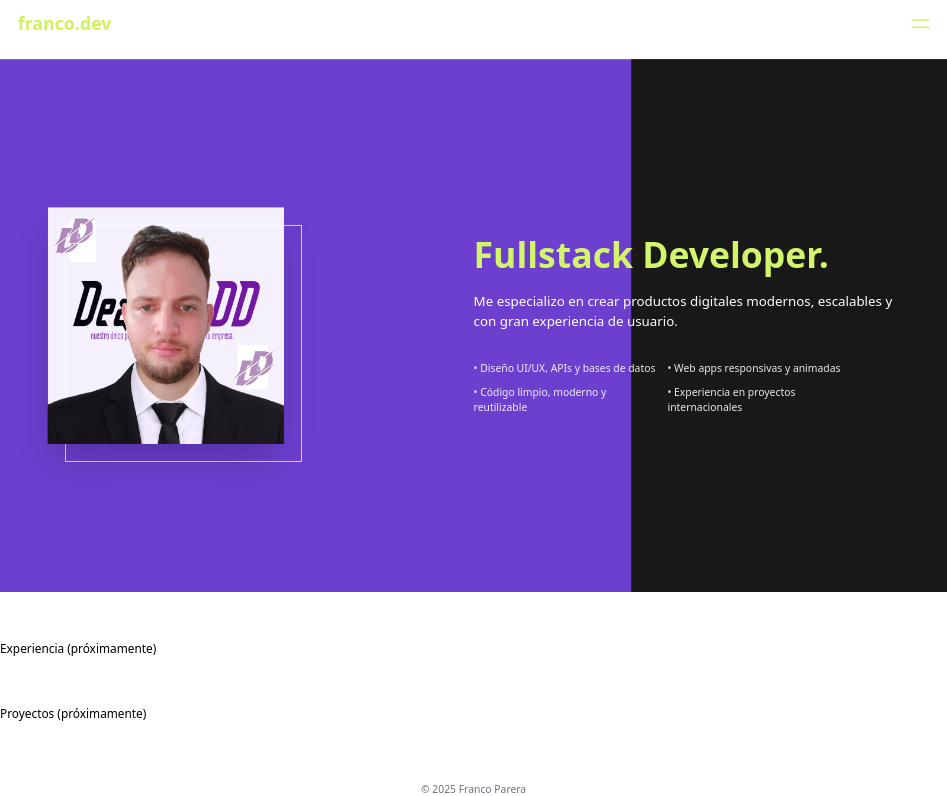
Repository: francoluca35/portfolio-franco-dev
Page: /
These files come from the project's save history. The page is drawn as it stood at one moment and after the next save; the edit follows.
The browser window is 1280 px wide. The pictures show the whole page, at 74% of full size.
The project was rebuilt for these pictures with package versions that can differ from the ones it lists, and the page was loaded fresh each time. The framework's server and built-in components were replaced by stand-ins that run in the browser. Also part of the build but not shown: next.config.js.

Above is the page before, as saved 2025-05-06 01:30:16.

### app/layout.jsx
import Nav from "../components/Nav";
import "../styles/globals.css";

export const metadata = {
  title: "Franco Parera | Desarrollador Web Fullstack",
  description:
    "Portfolio de Franco Parera, desarrollador web especializado en React, Next.js y soluciones escalables.",
  keywords:
    "desarrollador web, portfolio, frontend, backend, next.js, react, diseño web, SEO, Buenos Aires",
  authors: [{ name: "Franco Parera" }],
  creator: "Franco Parera",
  openGraph: {
    title: "Franco Parera | Desarrollador Web",
    description:
      "Conocé mis proyectos como desarrollador web fullstack. Diseño moderno, rendimiento y SEO.",
    url: "https://tusitio.com",
    siteName: "Franco Parera | Portfolio",
    images: [
      {
        url: "https://tusitio.com/og-image.jpg",
        width: 1200,
        height: 630,
        alt: "Imagen portfolio Franco",
      },
    ],
    locale: "es_AR",
    type: "website",
  },
  twitter: {
    card: "summary_large_image",
    title: "Franco Parera | Desarrollador Web",
    description:
      "Portfolio profesional de Franco Parera con proyectos reales, experiencia y habilidades técnicas.",
    images: ["https://tusitio.com/og-image.jpg"],
  },
};

export default function RootLayout({ children }) {
  return (
    <html lang="es">
      <head>
        <meta name="viewport" content="width=device-width, initial-scale=1" />
        <link rel="icon" href="/favicon.ico" />
      </head>
      <body className="-mt-30 antialiased scroll-smooth">
        <Nav />
        <div className="pt-20">{children}</div>{" "}
      </body>
    </html>
  );
}

### app/page.jsx
"use client";

import Hero from "../components/Hero";
import Experience from "../components/Experience";
import Projects from "../components/Projects";
import Footer from "../components/Footer";

export default function Home() {
  return (
    <>
      <main>
        <section id="inicio">
          <Hero />
        </section>

        <section id="experiencia">
          <Experience />
        </section>

        <section id="proyectos">
          <Projects />
        </section>

        <section id="contacto">
          <Footer />
        </section>
      </main>
    </>
  );
}

### components/Nav.jsx
"use client";

import { useState, useEffect } from "react";
import Link from "next/link";
import { motion, AnimatePresence } from "framer-motion";

export default function Nav() {
  const [isOpen, setIsOpen] = useState(false);
  const [scrolled, setScrolled] = useState(false);

  useEffect(() => {
    const handleScroll = () => {
      setScrolled(window.scrollY > 10);
    };
    window.addEventListener("scroll", handleScroll);
    return () => window.removeEventListener("scroll", handleScroll);
  }, []);

  return (
    <>
      {/* Navbar superior */}
      <nav
        className={`fixed w-full px-6 py-4 flex justify-between items-center z-50 transition-colors duration-300 ${
          scrolled ? "bg-[#2B00AA]/90 shadow-lg" : "bg-transparent"
        }`}
      >
        <h1 className="text-2xl font-bold text-[#CFF25C]">franco.dev</h1>

        <button onClick={() => setIsOpen(true)} className="space-y-2">
          <span className="block w-6 h-0.5 bg-[#CFF25C]"></span>
          <span className="block w-6 h-0.5 bg-[#CFF25C]"></span>
        </button>
      </nav>

      {/* Menú fullscreen */}
      <AnimatePresence>
        {isOpen && (
          <motion.div
            initial={{ opacity: 0 }}
            animate={{ opacity: 1 }}
            exit={{ opacity: 0 }}
            className="fixed inset-0 bg-[#6C3FCF] text-white flex flex-col items-center justify-center text-5xl font-extrabold z-50"
          >
            <button
              onClick={() => setIsOpen(false)}
              className="absolute top-6 right-8 text-lg font-bold"
            >
              close
            </button>

            <ul className="space-y-8 text-center">
              <li>
                <Link href="#inicio" onClick={() => setIsOpen(false)}>
                  INICIO
                </Link>
              </li>
              <li>
                <Link href="#experiencia" onClick={() => setIsOpen(false)}>
                  EXPERIENCIA
                </Link>
              </li>
              <li>
                <Link href="#proyectos" onClick={() => setIsOpen(false)}>
                  PROYECTOS
                </Link>
              </li>
              <li>
                <Link href="#contacto" onClick={() => setIsOpen(false)}>
                  CONTACTO
                </Link>
              </li>
            </ul>

            <div className="text-sm font-light mt-16 flex gap-8">
              <a
                href="https://linkedin.com/in/francoparera"
                target="_blank"
                rel="noopener noreferrer"
              >
                LinkedIn
              </a>
              <a
                href="https://twitter.com"
                target="_blank"
                rel="noopener noreferrer"
              >
                Twitter
              </a>
            </div>
          </motion.div>
        )}
      </AnimatePresence>
    </>
  );
}

### components/Hero.jsx
"use client";
import { motion } from "framer-motion";
import Image from "next/image";

export default function Hero() {
  return (
    <section className="relative w-full min-h-screen bg-[#6C3FCF] text-white flex items-center justify-center sm:px-12 py-20">
      {/* Fondo negro a la derecha solo en desktop */}
      <div className="hidden md:block absolute top-0 right-0 w-1/3 h-full bg-[#181818] z-0" />

      {/* Contenido */}
      <div className="relative z-10 max-w-6xl w-full flex flex-col items-center md:flex-row md:items-center md:justify-between gap-10 md:gap-0">
        {/* Imagen arriba en mobile, a la derecha en desktop */}
        <motion.div
          initial={{ opacity: 0, scale: 0.95 }}
          animate={{ opacity: 1, scale: 1 }}
          transition={{ duration: 0.6 }}
          className="relative flex justify-center"
        >
          {/* Cuadro blanco detrás */}
          <div className="absolute top-6 left-6 w-60 h-60 md:w-80 md:h-80 border border-white z-0" />

          {/* Imagen principal */}
          <div className="relative w-60 h-60 md:w-80 md:h-80 shadow-2xl overflow-hidden z-10">
            <Image
              src="/assets/yo-franco.png"
              alt="Foto de Franco"
              fill
              className="object-cover"
              priority
            />
          </div>
        </motion.div>

        {/* Texto debajo en mobile, izquierda en desktop */}
        <div className="text-center md:text-left md:w-1/2 space-y-6">
          <motion.h1
            initial={{ opacity: 0, y: 20 }}
            animate={{ opacity: 1, y: 0 }}
            transition={{ duration: 0.6 }}
            className="text-4xl sm:text-5xl font-extrabold text-[#D3F56A]"
          >
            Fullstack Developer.
          </motion.h1>

          <motion.p
            initial={{ opacity: 0, y: 20 }}
            animate={{ opacity: 1, y: 0 }}
            transition={{ delay: 0.2, duration: 0.6 }}
            className="text-base sm:text-lg text-white max-w-xl mx-auto md:mx-0"
          >
            Me especializo en crear productos digitales modernos, escalables y
            con gran experiencia de usuario.
          </motion.p>

          <div className="grid grid-cols-1 sm:grid-cols-2 gap-3 text-sm text-white/90 max-w-lg mx-auto md:mx-0 pt-4">
            <p>• Diseño UI/UX, APIs y bases de datos</p>
            <p>• Web apps responsivas y animadas</p>
            <p>• Código limpio, moderno y reutilizable</p>
            <p>• Experiencia en proyectos internacionales</p>
          </div>
        </div>
      </div>
    </section>
  );
}

### components/Experience.jsx
export default function Experience() { return <section className="my-16">Experiencia (próximamente)</section>; }

### components/Projects.jsx
export default function Projects() { return <section className="my-16">Proyectos (próximamente)</section>; }

### components/Footer.jsx
export default function Footer() { return <footer className="mt-20 text-center text-sm text-gray-500">© 2025 Franco Parera</footer>; }

### tailwind.config.js
/** @type {import('tailwindcss').Config} */
module.exports = {
  content: [
    "./app/**/*.{js,ts,jsx,tsx}",
    "./components/**/*.{js,ts,jsx,tsx}",
  ],
  darkMode: 'class',
  theme: {
    extend: {},
  },
  plugins: [],
}

Loaded but not shown: styles/globals.css (common file)

After the next save:
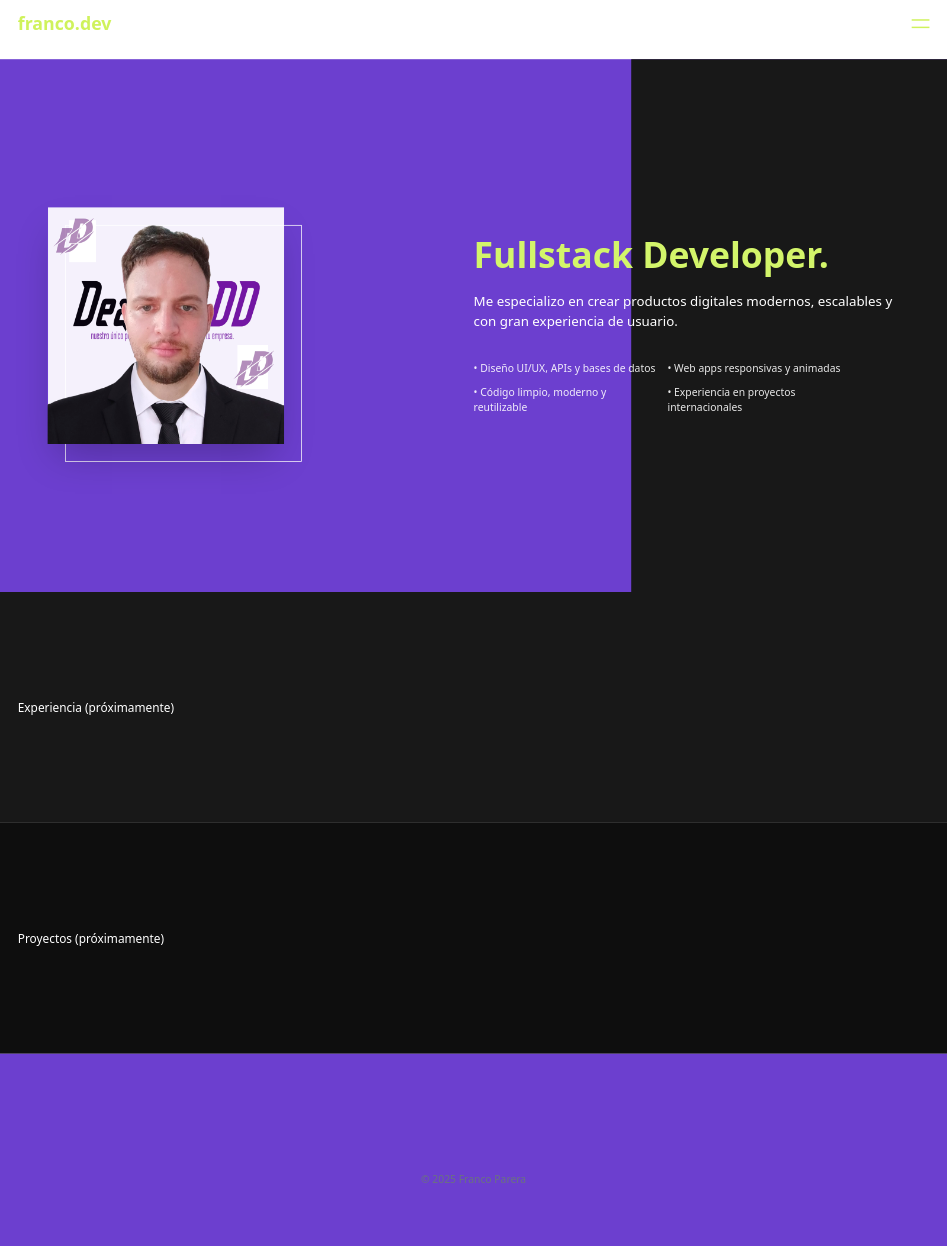
Saved 27 s later.
--- a/app/page.jsx
+++ b/app/page.jsx
@@ -1,30 +1,26 @@
-"use client";
+import Hero from "@/components/Hero";
+import Experience from "@/components/Experience";
+import Projects from "@/components/Projects";
+import Footer from "@/components/Footer";
 
-import Hero from "../components/Hero";
-import Experience from "../components/Experience";
-import Projects from "../components/Projects";
-import Footer from "../components/Footer";
+export default function HomePage() {
+  return (
+    <main>
+      <section id="inicio">
+        <Hero />
+      </section>
 
-export default function Home() {
-  return (
-    <>
-      <main>
-        <section id="inicio">
-          <Hero />
-        </section>
+      <section id="experiencia" className="bg-[#181818] text-white py-20 px-6">
+        <Experience />
+      </section>
 
-        <section id="experiencia">
-          <Experience />
-        </section>
+      <section id="proyectos" className="bg-[#0E0E0E] text-white py-20 px-6">
+        <Projects />
+      </section>
 
-        <section id="proyectos">
-          <Projects />
-        </section>
-
-        <section id="contacto">
-          <Footer />
-        </section>
-      </main>
-    </>
+      <section id="contacto" className="bg-[#6C3FCF] text-white py-20 px-6">
+        <Footer />
+      </section>
+    </main>
   );
 }
